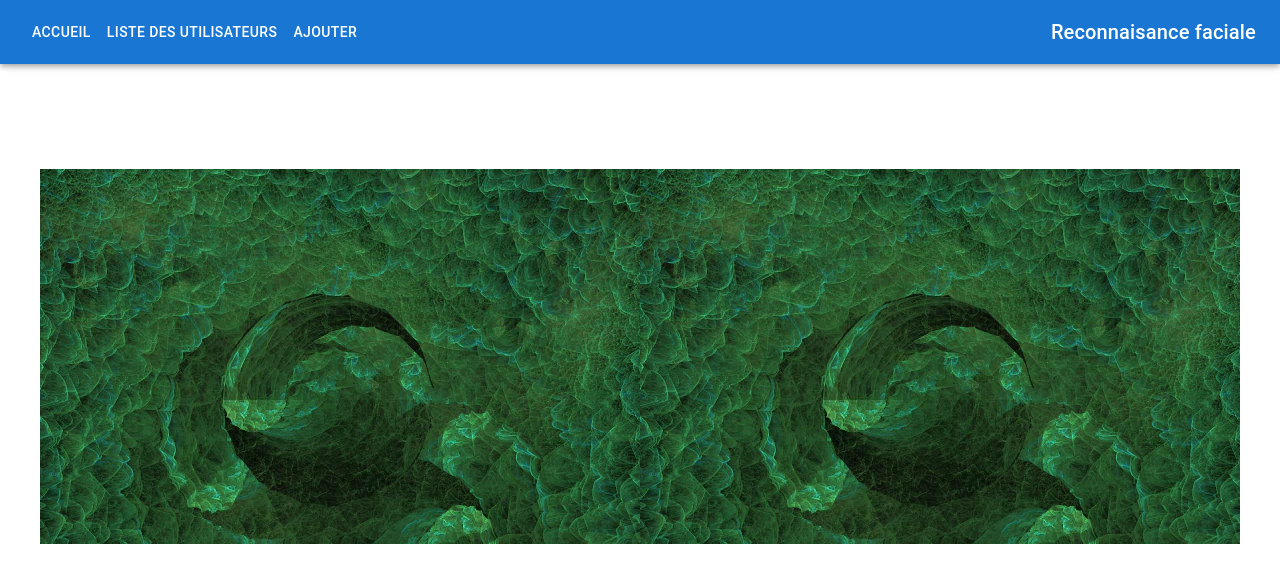
Repository: azizdeghais/Face-recognition-Platform
Page: / (app in front-end/)
An editor plug-in stored every save of this project. The page is shown before and after the next save, followed by the edit.
The browser window is 1280 px wide. The pictures show the whole page.
The project was rebuilt for these pictures with package versions that can differ from the ones it lists, and the page was loaded fresh each time. Also part of the build but not shown: front-end/vite.config.js, front-end/src/Home/Home.css, front-end/src/Ajouter/Ajouter.jsx, front-end/src/Liste/Liste.jsx, front-end/src/Modifier/Modifier.jsx, front-end/src/RequireAuth/RequireAuth.jsx, front-end/src/Login/Login.jsx.

Above is the page before, as saved 2023-06-02 20:00:04.

### front-end/src/main.jsx
import React from 'react'
import ReactDOM from 'react-dom/client'
import App from './App.jsx'
import './index.css'
import { BrowserRouter } from "react-router-dom";

ReactDOM.createRoot(document.getElementById('root')).render(
  <BrowserRouter>
    <App />
  </BrowserRouter>
)

### front-end/src/App.jsx
import './App.css'
import React from 'react';
import { Route, Routes } from "react-router-dom";
import Home from './Home/Home';
import Ajouter from './Ajouter/Ajouter';
import Navbar from './Navbar/Navbar';
import Liste from './Liste/Liste';
import Modifier from './Modifier/Modifier';
import RequireAuth from './RequireAuth/RequireAuth';
import Login from './Login/Login';
import { AuthProvider } from './Auth/Auth';
function App() {

  return (
    <AuthProvider>
      <Navbar/>
      <Routes>
        <Route path='/login' element={<Login/>} />
        <Route path='/' element={<Home />} />
        <Route path='/ajouter' element={<RequireAuth><Ajouter/></RequireAuth>} />
        <Route path='/liste' element={<RequireAuth><Liste /></RequireAuth>} />
        <Route path='/:id' element={<RequireAuth><Modifier /></RequireAuth>} />
      </Routes>
    </AuthProvider>
  )
}

export default App

### front-end/src/Home/Home.jsx
import './Home.css';
import { Grid } from '@mui/material';
function Home() {


  return (

    <div>

    <Grid container>
  <Grid item xs={12}>
    <img src={'../../public/home3.jpg'}/>
  </Grid>
  <Grid item xs={12}>
  <img src={'../../public/home3.jpg'}/>

  </Grid>
</Grid>

  </div>

  )

}

export default Home

### front-end/src/Navbar/Navbar.jsx
import * as React from 'react';
import PropTypes from 'prop-types';
import AppBar from '@mui/material/AppBar';
import Box from '@mui/material/Box';
import CssBaseline from '@mui/material/CssBaseline';
import Divider from '@mui/material/Divider';
import Drawer from '@mui/material/Drawer';
import IconButton from '@mui/material/IconButton';
import List from '@mui/material/List';
import ListItem from '@mui/material/ListItem';
import ListItemButton from '@mui/material/ListItemButton';
import ListItemText from '@mui/material/ListItemText';
import MenuIcon from '@mui/icons-material/Menu';
import Toolbar from '@mui/material/Toolbar';
import Typography from '@mui/material/Typography';
import Button from '@mui/material/Button';
import {Link} from 'react-router-dom'
const drawerWidth = 240;
const navItems = ['Accueil','Liste des utilisateurs', 'Ajouter', ];



function DrawerAppBar(props) {
  const { window } = props;
  const [mobileOpen, setMobileOpen] = React.useState(false);

  const handleDrawerToggle = () => {
    setMobileOpen((prevState) => !prevState);
  };

  const drawer = (
    <Box onClick={handleDrawerToggle} sx={{ textAlign: 'center' }}>
      <Typography variant="h6" sx={{ my: 2 }}>
        Reconnaissance faciale
      </Typography>
      <Divider />
      <List>
       <ListItem disablePadding>
        <ListItemButton sx={{ textAlign:'center'}}>
            <ListItemText primary={navItems[0]}/>
        </ListItemButton>
       </ListItem>
       <ListItem disablePadding>
        <ListItemButton sx={{ textAlign:'center'}}>
            <ListItemText primary={navItems[1]}/>
        </ListItemButton>
       </ListItem>
       <ListItem disablePadding>
        <ListItemButton sx={{ textAlign:'center'}}>
            <ListItemText primary={navItems[2]}/>
        </ListItemButton>
       </ListItem>
      </List>
    </Box>
  );

  const container = window !== undefined ? () => window().document.body : undefined;

  return (
    <Box sx={{ display: 'flex' }}>
      <CssBaseline />
      <AppBar component="nav">
        <Toolbar>
          <IconButton
            color="inherit"
            aria-label="open drawer"
            edge="start"
            onClick={handleDrawerToggle}
            sx={{ mr: 2, display: { sm: 'none' } }}
          >
            <MenuIcon />
          </IconButton>
          <Box sx={{ display: { xs: 'none', sm: 'block' } }}>
        <Link to="/">
          <Button sx={{color:'#fff'}}>
            {navItems[0]}
          </Button>
        </Link>
        <Link to="/liste">
          <Button sx={{color:'#fff'}}>
            {navItems[1]}
          </Button>
        </Link>
        <Link to="/ajouter">
          <Button sx={{color:'#fff'}}>
            {navItems[2]}
          </Button>
        </Link>
          </Box>
          <Typography
            variant="h6"
            component="div"
            align='right'
            sx={{ flexGrow: 1, display: { xs: 'none', sm: 'block' } }}
          >
            Reconnaisance faciale
          </Typography>
        </Toolbar>
      </AppBar>

      <Box component="nav">
        <Drawer
          container={container}
          variant="temporary"
          open={mobileOpen}
          onClose={handleDrawerToggle}
          ModalProps={{
            keepMounted: true, // Better open performance on mobile.
          }}
          sx={{
            display: { xs: 'block', sm: 'none' },
            '& .MuiDrawer-paper': { boxSizing: 'border-box', width: drawerWidth },
          }}
        >
          {drawer}
        </Drawer>
      </Box>

    </Box>
  );
}

DrawerAppBar.propTypes = {
  /**
   * Injected by the documentation to work in an iframe.
   * You won't need it on your project.
   */
  window: PropTypes.func,
};

export default DrawerAppBar;

### front-end/src/Auth/Auth.jsx
import {useState, createContext,useContext} from "react";

const AuthContext=createContext(null);


export const AuthProvider = ({children})=>{
 const [user, setUser] = useState(null)

 const login = user =>{
    setUser(user)
 }



 const logout = ()=>{
    setUser(null)
 }

 return <AuthContext.Provider value={{user,login,logout}}>
    {children}
 </AuthContext.Provider>


}

export const useAuth=()=>{
    return useContext(AuthContext)
 }

### front-end/src/Ajouter/Ajouter.css
*{
    margin:0;
    pading:0;
    box-sizing: border-box;
    font-family: 'Fira Sans',sans-serif;
}

.App{
    background-color: #313131;

}

.result{

}
.result.hasPhoto{
    left:0;
}
video,canvas {
    width: 100%;
    max-width: 100%;
    height: auto;
}

Loaded but not shown: front-end/index.html (common file); front-end/src/index.css (common file); front-end/src/App.css (common file)

After the next save:
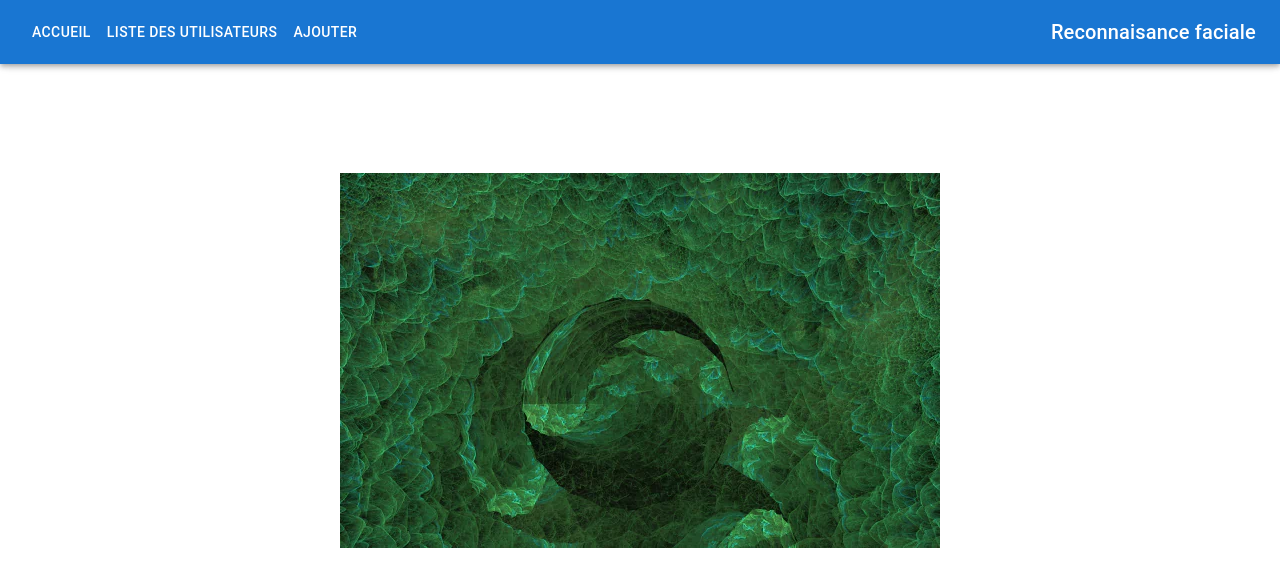
Saved 11 s later.
--- a/front-end/src/Home/Home.jsx
+++ b/front-end/src/Home/Home.jsx
@@ -8,13 +8,8 @@ function Home() {
     <div>
 
     <Grid container>
-  <Grid item xs={12}>
     <img src={'../../public/home3.jpg'}/>
-  </Grid>
-  <Grid item xs={12}>
-  <img src={'../../public/home3.jpg'}/>
 
-  </Grid>
 </Grid>
 
   </div>
